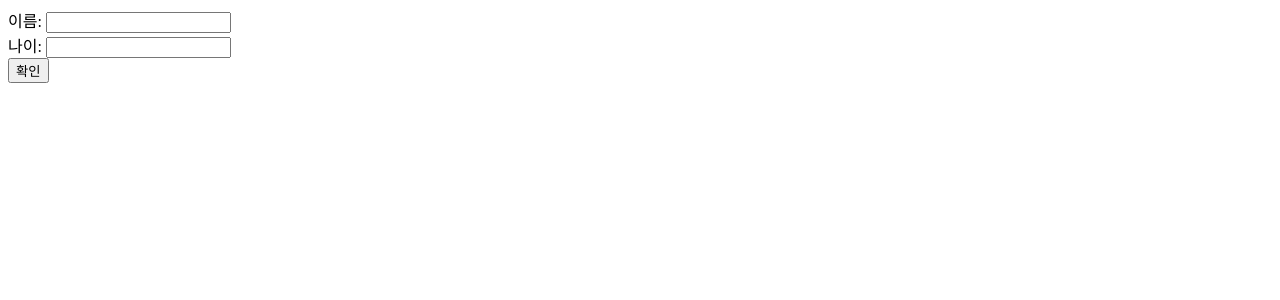
Repository: Jin0207/jsp
Page: http://localhost/day1213/input.jsp
An editor plug-in stored every save of this project. The page is shown before and after the next save, followed by the edit.
The browser window is 1280 px wide. The pictures show the whole page.
The page is served by Tomcat 9. Other server files are loaded and not shown.

Above is the page before, as saved 2021-12-13 00:36:16.

### day1213/src/main/webapp/input.jsp
<%@ page language="java" contentType="text/html; charset=EUC-KR"
    pageEncoding="EUC-KR"%>
<!DOCTYPE html>
<html>
<head>
<meta charset="EUC-KR">
<title>Insert title here</title>
</head>
<body>
	<form action="inputOK.jsp" method="post">
		이름: <input type="text" name="name"><br>
		나이: <input type="text" name="age"><br>
		<input type="submit" value="확인">
	</form>
</body>
</html>

After the next save:
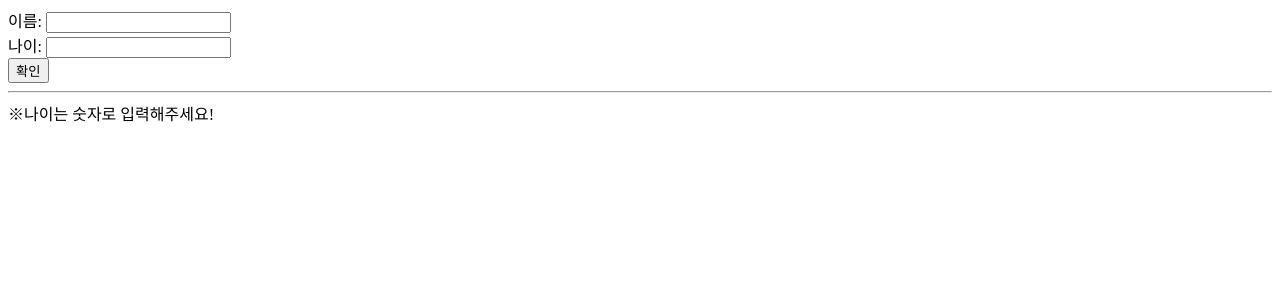
Saved 16 s later.
--- a/day1213/src/main/webapp/input.jsp
+++ b/day1213/src/main/webapp/input.jsp
@@ -11,6 +11,8 @@
 		이름: <input type="text" name="name"><br>
 		나이: <input type="text" name="age"><br>
 		<input type="submit" value="확인">
+		<hr>
+		※나이는 숫자로 입력해주세요!
 	</form>
 </body>
 </html>
